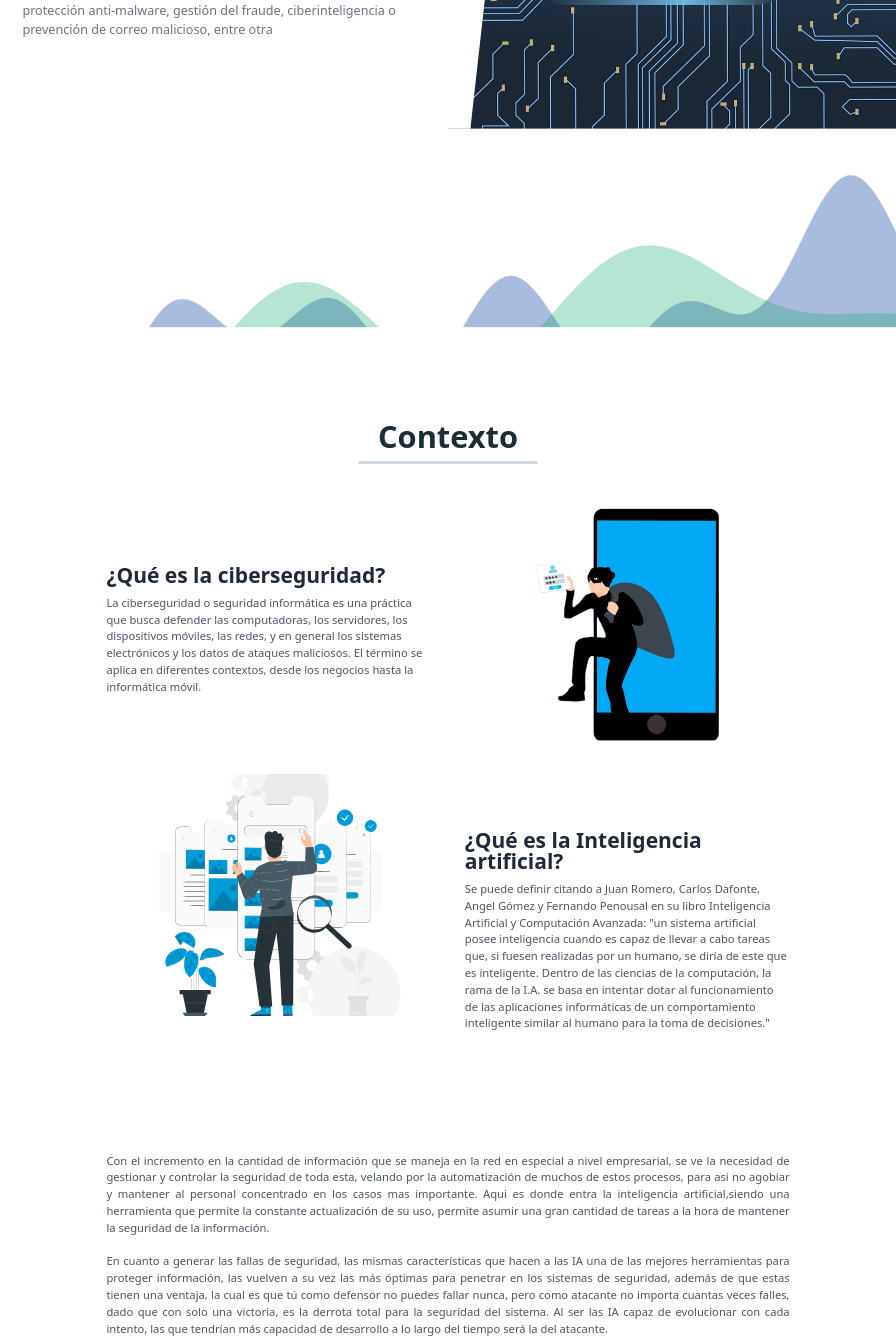
Repository: cardacar/fdi-2022
Page: /
An editor plug-in stored every save of this project. The page is shown before and after the next save, followed by the edit.
The browser window is 1280 px wide. The pictures show the part of the page from y = 674 to 2594 px (the page is 6480 px tall before and 6504 px after), at 70% of full size.
The project was rebuilt for these pictures with package versions that can differ from the ones it lists, and the page was loaded fresh each time. The framework's server and built-in components were replaced by stand-ins that run in the browser. Also part of the build but not shown: next.config.js.

Above is the page before, as saved 2022-08-07 16:50:25.

After the next save:
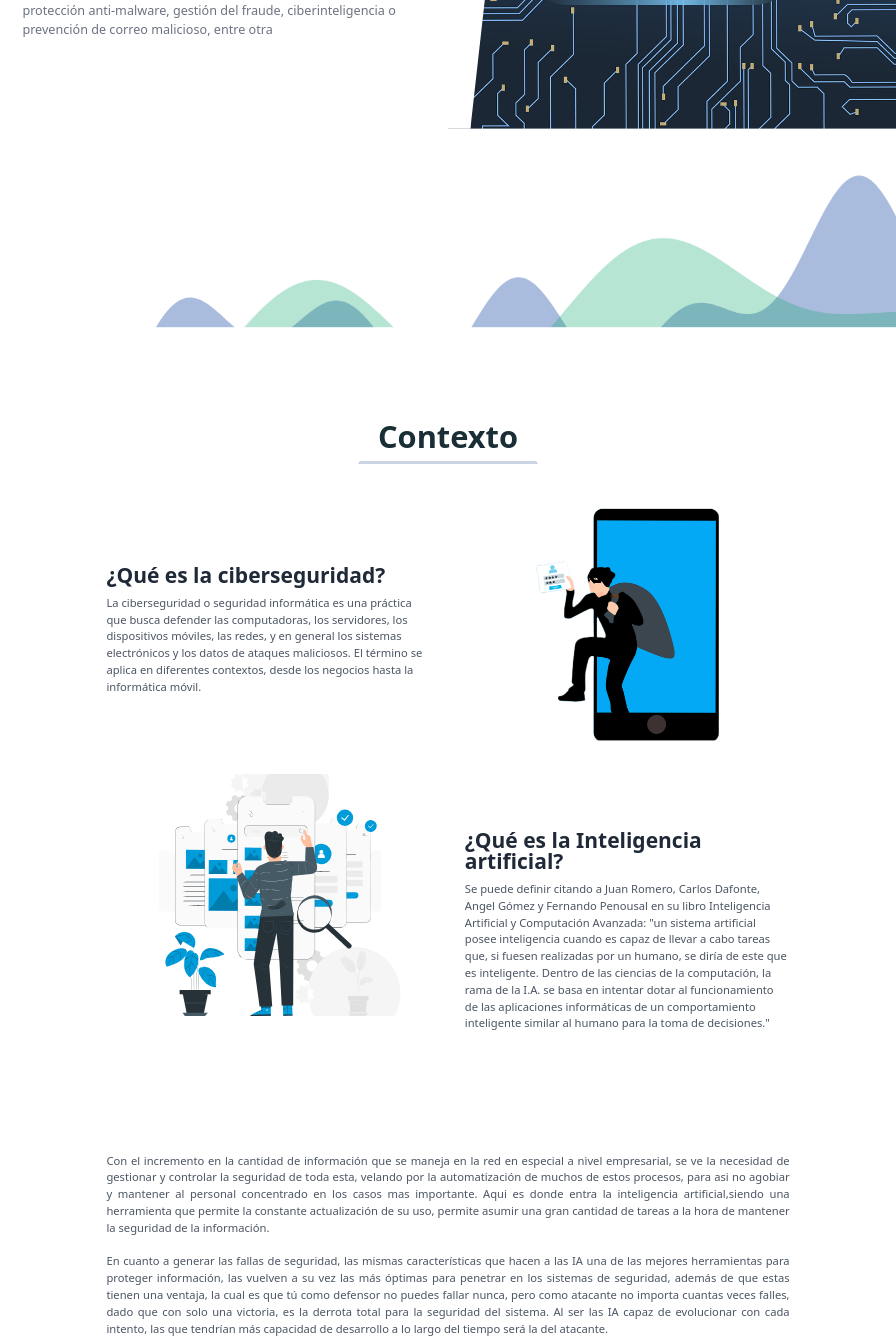
Saved 54 s later.
--- a/src/components/Bibliografia.tsx
+++ b/src/components/Bibliografia.tsx
@@ -12,8 +12,8 @@ const Bibliografia = () => {
         <div className={`w-full p-6 mt-20 text-center`}>
           <div className={`align-middle`}>
             <p className={`text-gray-600 mb-8 text-justify`}>
-              Inteligencia artificial y poder
-              https://www.realinstitutoelcano.org/analisis/inteligencia-artificial-y-poder/
+              Inteligencia artificial y poder<br></br>
+             <a href=" https://www.realinstitutoelcano.org/analisis/inteligencia-artificial-y-poder/"> https://www.realinstitutoelcano.org/analisis/inteligencia-artificial-y-poder/</a>
             </p>
           </div>
         </div>
